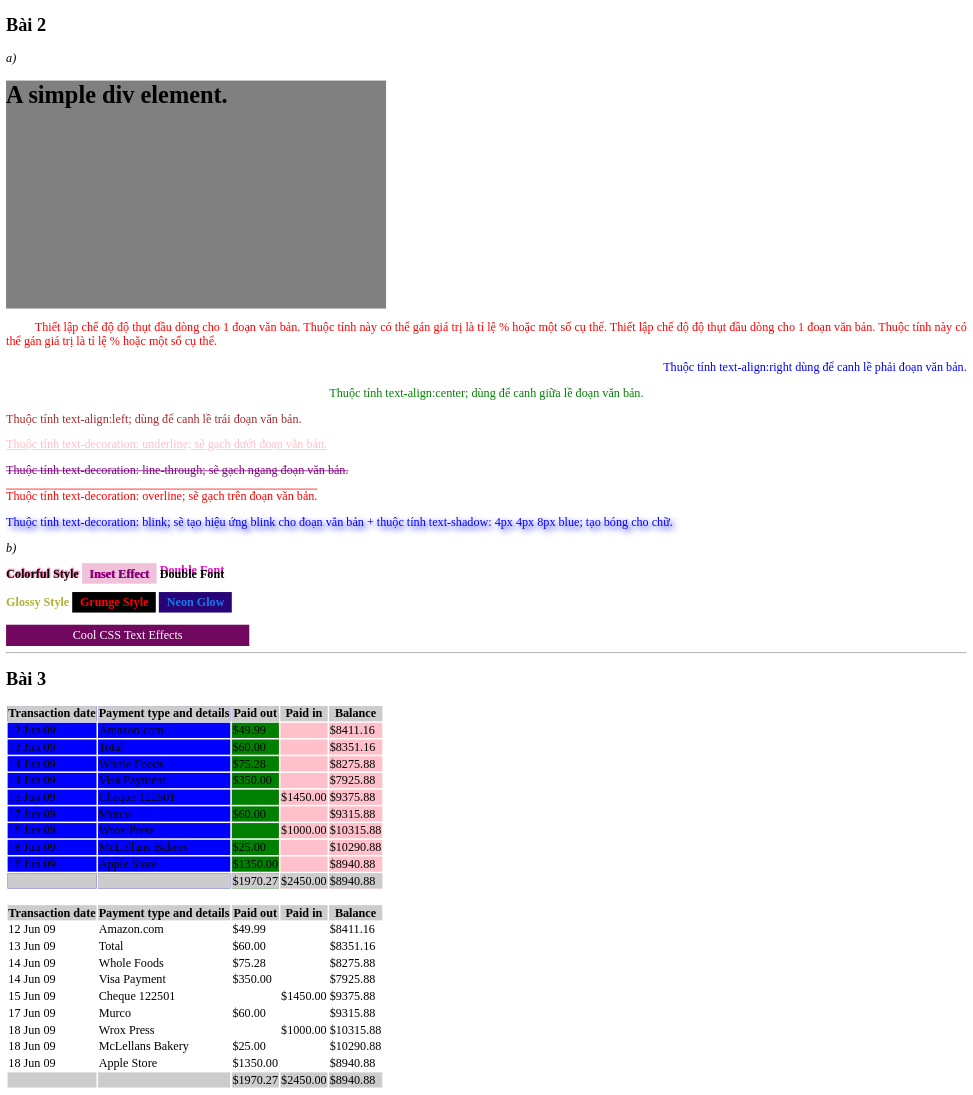
Repository: hoangnguyen1903/STT_21084321_NguyenHuyHoang_DHKHMT17B
Page: html/index.html
An editor plug-in stored every save of this project. The page is shown before and after the next save, followed by the edit.
The browser window is 1280 px wide. The pictures show the whole page, at 76% of full size.

Above is the page before, as saved 2023-03-02 14:10:16.

### html/index.html
<!DOCTYPE html>
<html lang="en">
  <head>
    <meta charset="UTF-8" />
    <meta http-equiv="X-UA-Compatible" content="IE=edge" />
    <meta name="viewport" content="width=device-width, initial-scale=1.0" />
    <title>CSS</title>
  </head>
  <body>
    <h2><b>Bài 2</b></h2>
    <p><i>a)</i></p>
    <div
      id="container"
      style="width: 500px; height: 300px; background-color: gray"
    >
      <h1>A simple div element.</h1>
    </div>
    <p style="text-indent: 1cm; color: red; text-align: justify">
      Thiết lập chế độ độ thụt đầu dòng cho 1 đoạn văn bản. Thuộc tính này có
      thể gán giá trị là tỉ lệ % hoặc một số cụ thể. Thiết lập chế độ độ thụt
      đầu dòng cho 1 đoạn văn bản. Thuộc tính này có thể gán giá trị là tỉ lệ %
      hoặc một số cụ thể.
    </p>
    <p style="text-align: right; color: blue">
      Thuộc tính text-align:right dùng để canh lề phải đoạn văn bản.
    </p>
    <p style="text-align: center; color: green">
      Thuộc tính text-align:center; dùng để canh giữa lề đoạn văn bản.
    </p>
    <p style="text-align: left; color: brown">
      Thuộc tính text-align:left; dùng để canh lề trái đoạn văn bản.
    </p>
    <p style="text-decoration: underline; color: pink">
      Thuộc tính text-decoration: underline; sẽ gạch dưới đoạn văn bản.
    </p>
    <p style="text-decoration: line-through; color: purple">
      Thuộc tính text-decoration: line-through; sẽ gạch ngang đoạn văn bản.
    </p>
    <p style="text-decoration: overline; color: red">
      Thuộc tính text-decoration: overline; sẽ gạch trên đoạn văn bản.
    </p>
    <p
      style="
        text-decoration: blink;
        text-align: justify;
        color: blue;
        text-shadow: 4px 4px 8px blue;
      "
    >
      Thuộc tính text-decoration: blink; sẽ tạo hiệu ứng blink cho đoạn văn bản
      + thuộc tính text-shadow: 4px 4px 8px blue; tạo bóng cho chữ.
    </p>
    <p><i>b)</i></p>
    <div>
      <span
        style="
          color: black;
          font-weight: bold;
          text-shadow: 1px -1px 2px rgba(238, 12, 106, 0.986);
        "
        >Colorful Style</span
      >
      <span
        style="
          color: #70085f;
          background: #f1c0db;
          padding: 5px 10px;
          font-weight: bold;
          text-shadow: #eb0bc5 1px 1px 0;
        "
        >Inset Effect</span
      >
      <span style="text-shadow: 0px -5px 0 #eb0bc5; font-weight: bold"
        >Double Font</span
      >
    </div>
    <div style="margin-top: 20px">
      <span
        style="
          color: rgb(175, 175, 48);
          text-shadow: 4px 2px 2px #fff;
          font-weight: bold;
        "
        >Glossy Style</span
      >
      <span
        style="
          color: red;
          background-color: black;
          padding: 5px 10px;
          font-weight: bold;
        "
        >Grunge Style</span
      >
      <span
        style="
          color: rgb(20, 122, 238);
          background-color: rgb(39, 5, 119);
          padding: 5px 10px;
          font-weight: bold;
        "
        >Neon Glow</span
      >
    </div>
    <div
      style="
        color: #fff;
        background-color: #70085f;
        text-align: center;
        padding: 5px 10px;
        margin-top: 20px;
        width: 300px;
      "
    >
      Cool CSS Text Effects
    </div>
    <hr />
    <h2><b>Bài 3</b></h2>
    <table>
      <colgroup>
        <col span="6" style="background-color: blue" />
        <col span="6" style="background-color: blue" />
        <col span="2" style="background-color: green" />
        <col span="2" style="background-color: pink" />
        <col span="3" style="background-color: pink" />
      </colgroup>
      <tr style="background-color: #ccc">
        <th colspan="6">Transaction date</th>
        <th colspan="6">Payment type and details</th>
        <th colspan="2">Paid out</th>
        <th colspan="2">Paid in</th>
        <th colspan="3">Balance</th>
      </tr>

      <tr>
        <td colspan="6">12 Jun 09</td>
        <td colspan="6">Amazon.com</td>
        <td colspan="2">$49.99</td>
        <td colspan="2"></td>
        <td colspan="3">$8411.16</td>
      </tr>
      <tr>
        <td colspan="6">13 Jun 09</td>
        <td colspan="6">Total</td>
        <td colspan="2">$60.00</td>
        <td colspan="2"></td>
        <td colspan="3">$8351.16</td>
      </tr>
      <tr>
        <td colspan="6">14 Jun 09</td>
        <td colspan="6">Whole Foods</td>
        <td colspan="2">$75.28</td>
        <td colspan="2"></td>
        <td colspan="3">$8275.88</td>
      </tr>
      <tr>
        <td colspan="6">14 Jun 09</td>
        <td colspan="6">Visa Payment</td>
        <td colspan="2">$350.00</td>
        <td colspan="2"></td>
        <td colspan="3">$7925.88</td>
      </tr>
      <tr>
        <td colspan="6">15 Jun 09</td>
        <td colspan="6">Cheque 122501</td>
        <td colspan="2"></td>
        <td colspan="2">$1450.00</td>
        <td colspan="3">$9375.88</td>
      </tr>
      <tr>
        <td colspan="6">17 Jun 09</td>
        <td colspan="6">Murco</td>
        <td colspan="2">$60.00</td>
        <td colspan="2"></td>
        <td colspan="3">$9315.88</td>
      </tr>
      <tr>
        <td colspan="6">18 Jun 09</td>
        <td colspan="6">Wrox Press</td>
        <td colspan="2"></td>
        <td colspan="2">$1000.00</td>
        <td colspan="3">$10315.88</td>
      </tr>
      <tr>
        <td colspan="6">18 Jun 09</td>
        <td colspan="6">McLellans Bakery</td>
        <td colspan="2">$25.00</td>
        <td colspan="2"></td>
        <td colspan="3">$10290.88</td>
      </tr>
      <tr>
        <td colspan="6">18 Jun 09</td>
        <td colspan="6">Apple Store</td>
        <td colspan="2">$1350.00</td>
        <td colspan="2"></td>
        <td colspan="3">$8940.88</td>
      </tr>

      <tr style="background-color: #ccc">
        <td colspan="6"></td>
        <td colspan="6"></td>
        <td colspan="2">$1970.27</td>
        <td colspan="2">$2450.00</td>
        <td colspan="3">$8940.88</td>
      </tr>
    </table>
    <br />
    <table>
      <tr style="background-color: #ccc">
        <th colspan="6">Transaction date</th>
        <th colspan="6">Payment type and details</th>
        <th colspan="2">Paid out</th>
        <th colspan="2">Paid in</th>
        <th colspan="3">Balance</th>
      </tr>

      <tr>
        <td colspan="6">12 Jun 09</td>
        <td colspan="6">Amazon.com</td>
        <td colspan="2">$49.99</td>
        <td colspan="2"></td>
        <td colspan="3">$8411.16</td>
      </tr>
      <tr>
        <td colspan="6">13 Jun 09</td>
        <td colspan="6">Total</td>
        <td colspan="2">$60.00</td>
        <td colspan="2"></td>
        <td colspan="3">$8351.16</td>
      </tr>
      <tr>
        <td colspan="6">14 Jun 09</td>
        <td colspan="6">Whole Foods</td>
        <td colspan="2">$75.28</td>
        <td colspan="2"></td>
        <td colspan="3">$8275.88</td>
      </tr>
      <tr>
        <td colspan="6">14 Jun 09</td>
        <td colspan="6">Visa Payment</td>
        <td colspan="2">$350.00</td>
        <td colspan="2"></td>
        <td colspan="3">$7925.88</td>
      </tr>
      <tr>
        <td colspan="6">15 Jun 09</td>
        <td colspan="6">Cheque 122501</td>
        <td colspan="2"></td>
        <td colspan="2">$1450.00</td>
        <td colspan="3">$9375.88</td>
      </tr>
      <tr>
        <td colspan="6">17 Jun 09</td>
        <td colspan="6">Murco</td>
        <td colspan="2">$60.00</td>
        <td colspan="2"></td>
        <td colspan="3">$9315.88</td>
      </tr>
      <tr>
        <td colspan="6">18 Jun 09</td>
        <td colspan="6">Wrox Press</td>
        <td colspan="2"></td>
        <td colspan="2">$1000.00</td>
        <td colspan="3">$10315.88</td>
      </tr>
      <tr>
        <td colspan="6">18 Jun 09</td>
        <td colspan="6">McLellans Bakery</td>
        <td colspan="2">$25.00</td>
        <td colspan="2"></td>
        <td colspan="3">$10290.88</td>
      </tr>
      <tr>
        <td colspan="6">18 Jun 09</td>
        <td colspan="6">Apple Store</td>
        <td colspan="2">$1350.00</td>
        <td colspan="2"></td>
        <td colspan="3">$8940.88</td>
      </tr>

      <tr style="background-color: #ccc">
        <td colspan="6"></td>
        <td colspan="6"></td>
        <td colspan="2">$1970.27</td>
        <td colspan="2">$2450.00</td>
        <td colspan="3">$8940.88</td>
      </tr>
    </table>
  </body>
</html>

After the next save:
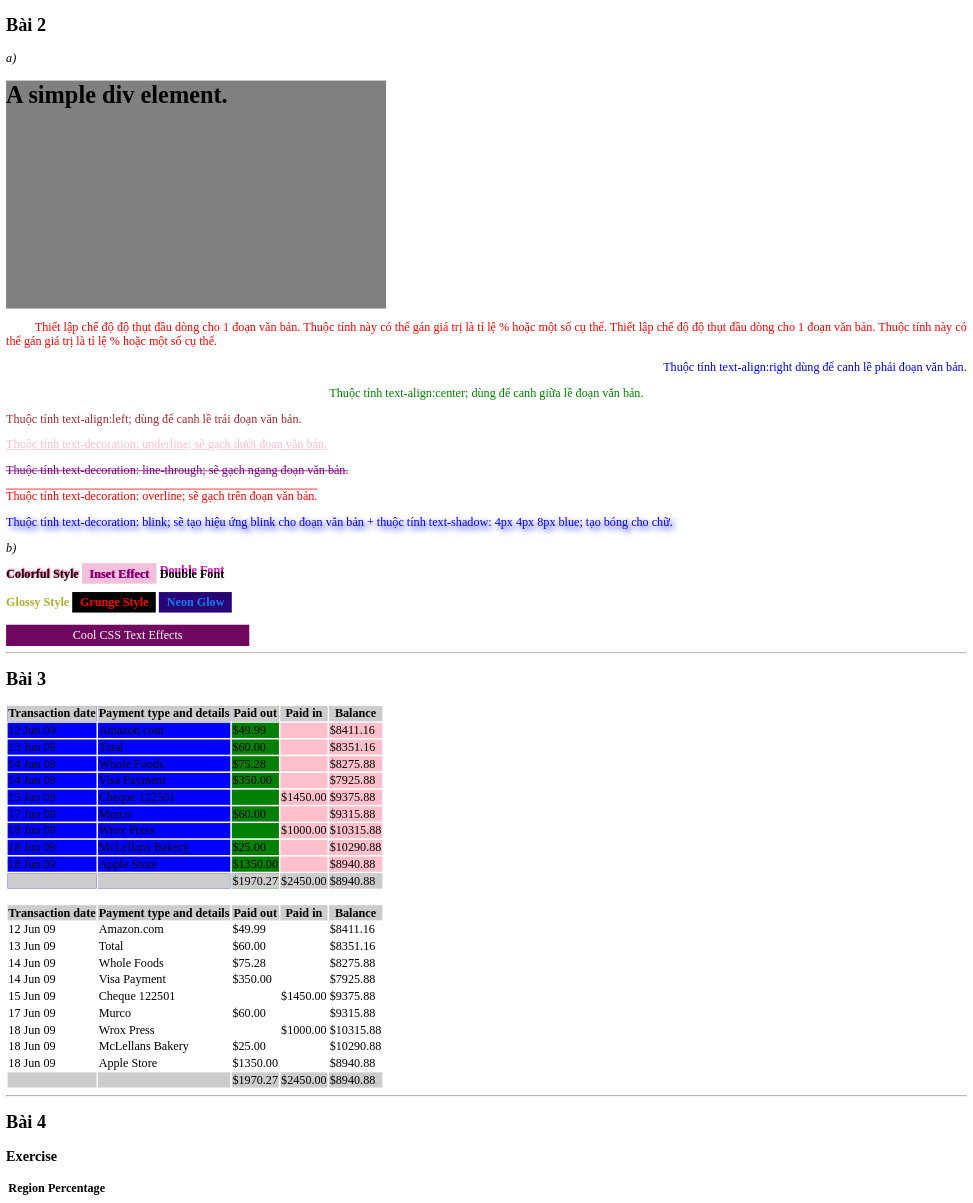
Saved 2 min 17 s later.
--- a/html/index.html
+++ b/html/index.html
@@ -286,5 +286,16 @@
         <td colspan="3">$8940.88</td>
       </tr>
     </table>
+    <hr />
+    <h2><b>Bài 4</b></h2>
+    <div class="bai4">
+      <h3>Exercise</h3>
+      <table>
+        <tr>
+          <th span="8">Region</th>
+          <th span="6">Percentage</th>
+        </tr>
+      </table>
+    </div>
   </body>
 </html>
